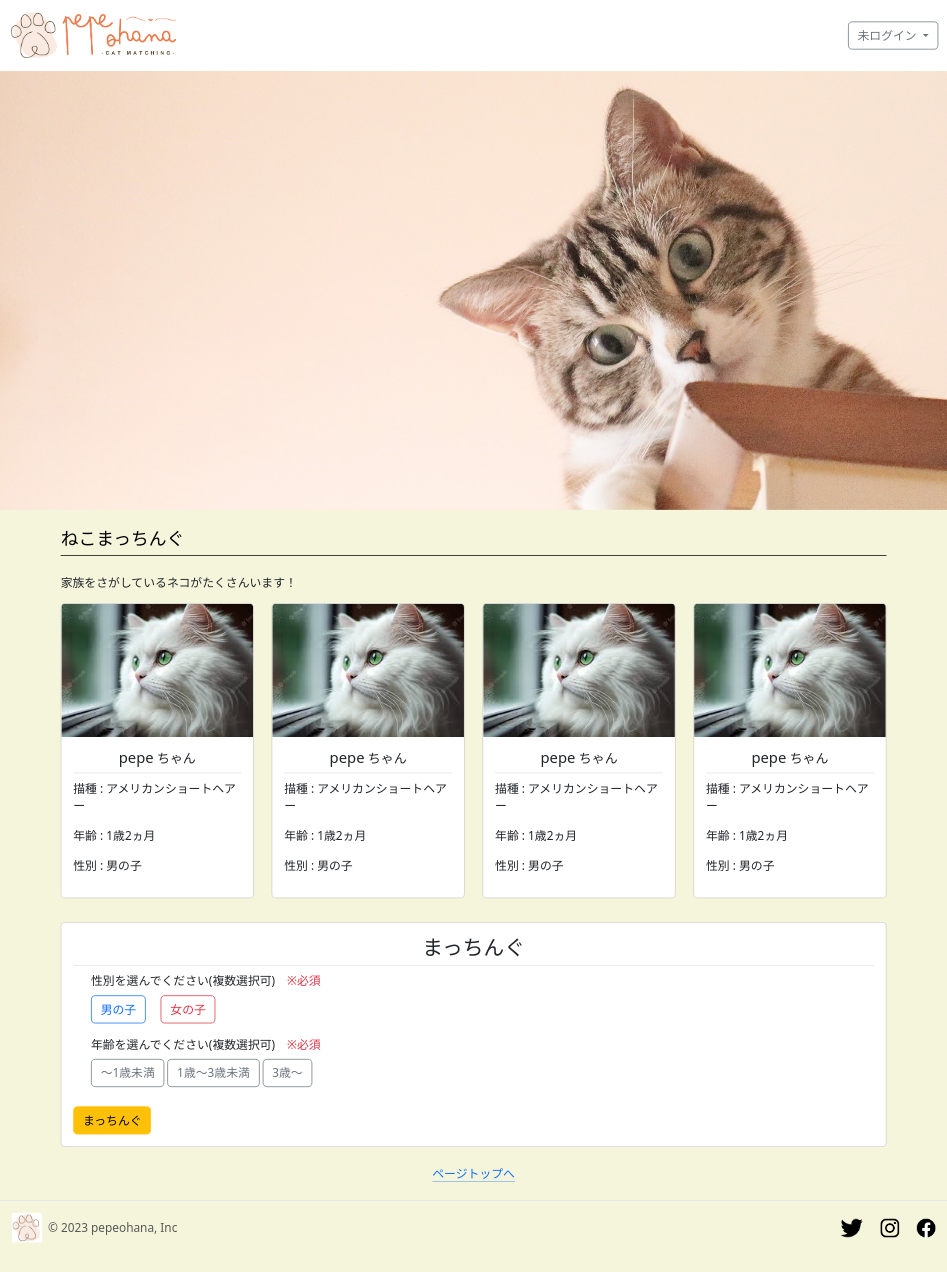
Repository: sakuwell/pepe
Page: http://localhost/PepeOhana/
An editor plug-in stored every save of this project. The page is shown before and after the next save, followed by the edit.
The browser window is 1280 px wide. The pictures show the whole page, at 74% of full size.
The page is served by Tomcat 9. Other server files are loaded and not shown.

Above is the page before, as saved 2023-09-06 06:35:47.

### ExWorkSpace/PepeOhana/src/main/webapp/index.jsp
<%@ page language="java" contentType="text/html; charset=UTF-8"
    pageEncoding="UTF-8"%>
<%@ page import="model.UsersInfoDto" %>

<!DOCTYPE html>
<html lang="ja">
<head>
    <meta charset="UTF-8">
    <meta name="viewport" content="width=device-width, initial-scale=1.0">
    <!-- Bootstrap CSS -->
    <link href="https://cdn.jsdelivr.net/npm/bootstrap@5.3.0/dist/css/bootstrap.min.css" rel="stylesheet" integrity="sha384-9ndCyUaIbzAi2FUVXJi0CjmCapSmO7SnpJef0486qhLnuZ2cdeRhO02iuK6FUUVM" crossorigin="anonymous">
    <script src="https://cdn.jsdelivr.net/npm/bootstrap@5.3.0/dist/js/bootstrap.bundle.min.js" integrity="sha384-geWF76RCwLtnZ8qwWowPQNguL3RmwHVBC9FhGdlKrxdiJJigb/j/68SIy3Te4Bkz" crossorigin="anonymous"></script>
    <title>Top | pepeohana</title>
</head>

<%
    // セッションを取得
	UsersInfoDto userInfoOnSession = (UsersInfoDto)session.getAttribute("LOGIN_INFO");
	boolean isLoggedIn = false;
	String userName = "";
	//HttpSession mysession = request.getSession(true);

    // セッションが存在し、username属性もセットされている場合はログイン済み
    if (userInfoOnSession != null) {
		userName = userInfoOnSession.getUserName();
        isLoggedIn = true;
    }
%>

<body  style="background-color:beige;">
	<% if (isLoggedIn) { %>
    <!-- ログイン済ヘッダー -->
    <nav class="navbar navbar-expand-lg navbar-light bg-white">
        <div class="container-fluid">
            <a class="navbar-brand" href="index.jsp">
                <img src="images/pepe_ohana_logo.png" alt="ページロゴ" width="auto" height="70">
            </a>
            <div class="btn-group">
                <button type="button" class="btn btn-secondary dropdown-toggle" data-bs-toggle="dropdown" aria-expanded="false">
                    userName
                </button>
                <ul class="dropdown-menu dropdown-menu-end">
                    <li><a class="dropdown-item" href="<%=request.getContextPath()%>/ExeMyPage">マイページ</a></li>
                    <li><a class="dropdown-item" href="<%=request.getContextPath()%>/ExeLogout">ログアウト</a></li>
                </ul>
            </div>
        </div>
    </nav>
    <!-- ログイン済ヘッダーここまで -->
    <% } else { %>
    <!-- 未ログインヘッダー -->
    <nav class="navbar navbar-expand-lg navbar-light bg-white">
    	<div class="container-fluid">
        	<a class="navbar-brand" href="index.jsp">
          		<img src="images/pepe_ohana_logo.png" alt="ページロゴ" width="auto" height="70">
          	</a>
         	<div class="btn-group">
            	<button type="button" class="btn btn-outline-secondary dropdown-toggle" data-bs-toggle="dropdown" aria-expanded="false">
             		 未ログイン
            	</button>
            	<ul class="dropdown-menu dropdown-menu-end">
              		<li><a class="dropdown-item" href="jsp/Login.jsp">ログイン</a></li>
              		<li><a class="dropdown-item" href="jsp/registUser.jsp">新規ユーザー登録</a></li>
            	</ul>
          	</div>
        </div>
    </nav>
    <!-- 未ログインヘッダーここまで -->
    <% } %>


    <!-- ヒーロー画像 -->
    <img class="img-fluid mb-4" src="images/hero_index.jpg"  alt="index画像" style="max-height:600px; width:100%; object-fit: cover;">

    <!-- ここから下　ページごとの内容 -->
    <div class="container">
        <div class="h4 pb-2 mb-4 text-black border-bottom border-black">
            ねこまっちんぐ
        </div>
            <p>家族をさがしているネコがたくさんいます！</p>
        <!-- 猫カードエリア -->
        <div class="row">
           <!-- カードのコンテンツ1 -->
           <div class="col-6 col-md-4 col-lg-3">
                <div class="card mb-3">
                	<img src="images/cat_2.jpg" style="height:180px; width: 100%; object-fit: cover;" class="card-img-top" alt="猫画像">
                    <div class="card-body">
                        <h5 class="card-title text-center border-bottom pb-2">pepe<small> ちゃん</small></h5>
                        <p class="card-text text-right">描種 : アメリカンショートヘアー</p>
                        <p class="card-text text-right">年齢 : 1歳2ヵ月</p>
                        <p class="card-text text-right">性別 : 男の子</p>
                        <div class="d-flex justify-content-center">
                            <a href="#" class="stretched-link"></a>
                        </div>
                    </div>
                </div>
            </div>
           <!-- カードのコンテンツ2 -->
           <div class="col-6 col-md-4 col-lg-3">
                <div class="card mb-3">
                	<img src="images/cat_2.jpg" style="height:180px; width: 100%; object-fit: cover;" class="card-img-top" alt="猫画像">
                    <div class="card-body">
                        <h5 class="card-title text-center border-bottom pb-2">pepe<small> ちゃん</small></h5>
                        <p class="card-text text-right">描種 : アメリカンショートヘアー</p>
                        <p class="card-text text-right">年齢 : 1歳2ヵ月</p>
                        <p class="card-text text-right">性別 : 男の子</p>
                        <div class="d-flex justify-content-center">
                            <a href="#" class="stretched-link"></a>
                        </div>
                    </div>
                </div>
            </div>
           <!-- カードのコンテンツ3 -->
           <div class="col-6 col-md-4 col-lg-3">
                <div class="card mb-3">
                	<img src="images/cat_2.jpg" style="height:180px; width: 100%; object-fit: cover;" class="card-img-top" alt="猫画像">
                    <div class="card-body">
                        <h5 class="card-title text-center border-bottom pb-2">pepe<small> ちゃん</small></h5>
                        <p class="card-text text-right">描種 : アメリカンショートヘアー</p>
                        <p class="card-text text-right">年齢 : 1歳2ヵ月</p>
                        <p class="card-text text-right">性別 : 男の子</p>
                        <div class="d-flex justify-content-center">
                            <a href="#" class="stretched-link"></a>
                        </div>
                    </div>
                </div>
            </div>
           <!-- カードのコンテンツ4 -->
           <div class="col-6 col-md-4 col-lg-3">
                <div class="card mb-3">
                	<img src="images/cat_2.jpg" style="height:180px; width: 100%; object-fit: cover;" class="card-img-top" alt="猫画像">
                     <div class="card-body">
                         <h5 class="card-title text-center border-bottom pb-2">pepe<small> ちゃん</small></h5>
                         <p class="card-text text-right">描種 : アメリカンショートヘアー</p>
                         <p class="card-text text-right">年齢 : 1歳2ヵ月</p>
                         <p class="card-text text-right">性別 : 男の子</p>
                         <div class="d-flex justify-content-center">
                             <a href="#" class="stretched-link"></a>
                         </div>
                     </div>
                 </div>
            </div>
		</div>

        <!-- 検索フォームエリア -->
        <div class="card mt-3 p-3">
         	<form action="SearchCat">
         		<h3 class="border-bottom pb-2" style="text-align:center;">まっちんぐ</h3>
         		<div class="form-check">
					<label for="" class="form-label">性別を選んでください(複数選択可)<span class="text-danger">　※必須</span></label><br>
	         		<input type="checkbox" class="btn-check" id="gender_1" autocomplete="off">
					<label class="btn btn-outline-primary" for="gender_1">男の子</label>
	         		<input type="checkbox" class="btn-check" id="gender_2" autocomplete="off">
					<label class="btn btn-outline-danger ms-3" for="gender_2">女の子</label>
				</div>
         		<div class="form-check mt-3">
					<label for="" class="form-label">年齢を選んでください(複数選択可)<span class="text-danger">　※必須</span></label><br>
	         		<input type="checkbox" class="btn-check" id="age_1" autocomplete="off">
					<label class="btn btn-outline-secondary" for="age_1">～1歳未満</label>
	         		<input type="checkbox" class="btn-check" id="age_2" autocomplete="off">
					<label class="btn btn-outline-secondary" for="age_2">1歳～3歳未満</label>
	         		<input type="checkbox" class="btn-check" id="age_3" autocomplete="off">
					<label class="btn btn-outline-secondary" for="age_3">3歳～</label>
				</div>
				<button type="submit" class="btn btn-warning mt-4" style="text-align:center;">まっちんぐ</button>
			</form>
		</div>

	</div>
    <!-- ここまで　ページごとの内容 -->

    <!-- フッター -->
    <div class="text-center mt-4">
        <a class="icon-link icon-link-hover" href="#">
            ページトップへ
        </a>
	</div>
	<footer class="d-flex flex-wrap justify-content-between align-items-center py-3 my-4 border-top">
    	<div class="col-md-4 d-flex align-items-center ms-3">
        	<a href="index.jsp" class="mb-3 me-2 mb-md-0"><img alt="ロゴ画像" src="images/nikukyu_logo.png" width="auto" height="40"></a>
          	<span class="mb-3 mb-md-0 text-body-secondary">© 2023 pepeohana, Inc</span>
        </div>
        <ul class="nav col-md-4 justify-content-end list-unstyled d-flex me-3">
            <li><a href="#"><img src=images/twitter_logo.png width="auto" height="25"></a></li>
            <li class="ms-4"><a href="#"><img src=images/insta_logo.png width="auto" height="25"></a></li>
            <li class="ms-4"><a href="#"><img src=images/facebook_logo.png width="auto" height="25"></a></li>
        </ul>
	</footer>
    <!-- フッター　ここまで -->

</body>
</html>

After the next save:
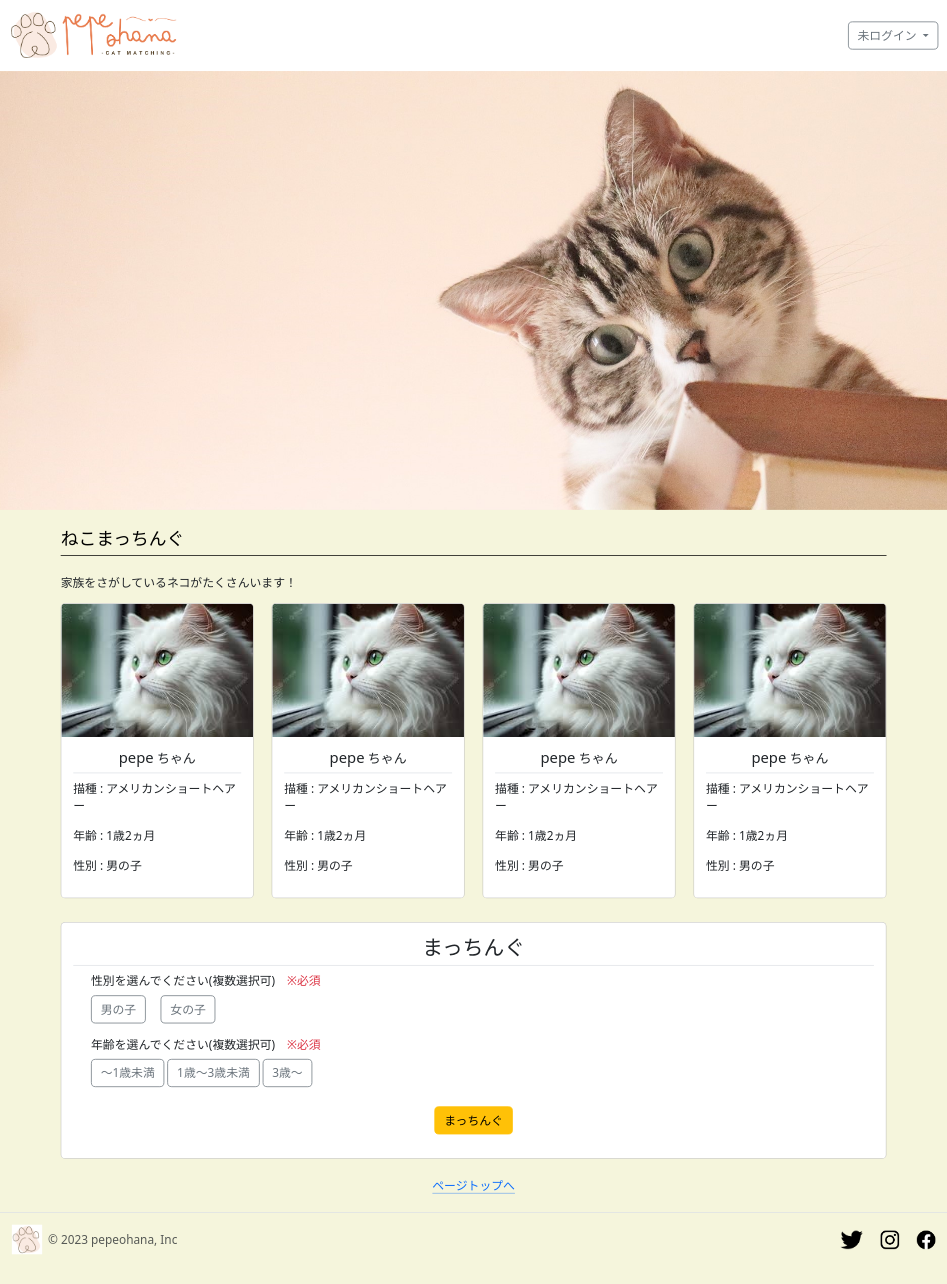
Saved 97 s later.
--- a/ExWorkSpace/PepeOhana/src/main/webapp/index.jsp
+++ b/ExWorkSpace/PepeOhana/src/main/webapp/index.jsp
@@ -149,9 +149,9 @@
          		<div class="form-check">
 					<label for="" class="form-label">性別を選んでください(複数選択可)<span class="text-danger">　※必須</span></label><br>
 	         		<input type="checkbox" class="btn-check" id="gender_1" autocomplete="off">
-					<label class="btn btn-outline-primary" for="gender_1">男の子</label>
+					<label class="btn btn-outline-secondary" for="gender_1">男の子</label>
 	         		<input type="checkbox" class="btn-check" id="gender_2" autocomplete="off">
-					<label class="btn btn-outline-danger ms-3" for="gender_2">女の子</label>
+					<label class="btn btn-outline-secondary ms-3" for="gender_2">女の子</label>
 				</div>
          		<div class="form-check mt-3">
 					<label for="" class="form-label">年齢を選んでください(複数選択可)<span class="text-danger">　※必須</span></label><br>
@@ -162,7 +162,9 @@
 	         		<input type="checkbox" class="btn-check" id="age_3" autocomplete="off">
 					<label class="btn btn-outline-secondary" for="age_3">3歳～</label>
 				</div>
-				<button type="submit" class="btn btn-warning mt-4" style="text-align:center;">まっちんぐ</button>
+				<p style="text-align:center;">
+					<button type="submit" class="btn btn-warning mt-4">まっちんぐ</button>
+				</p>
 			</form>
 		</div>
 
